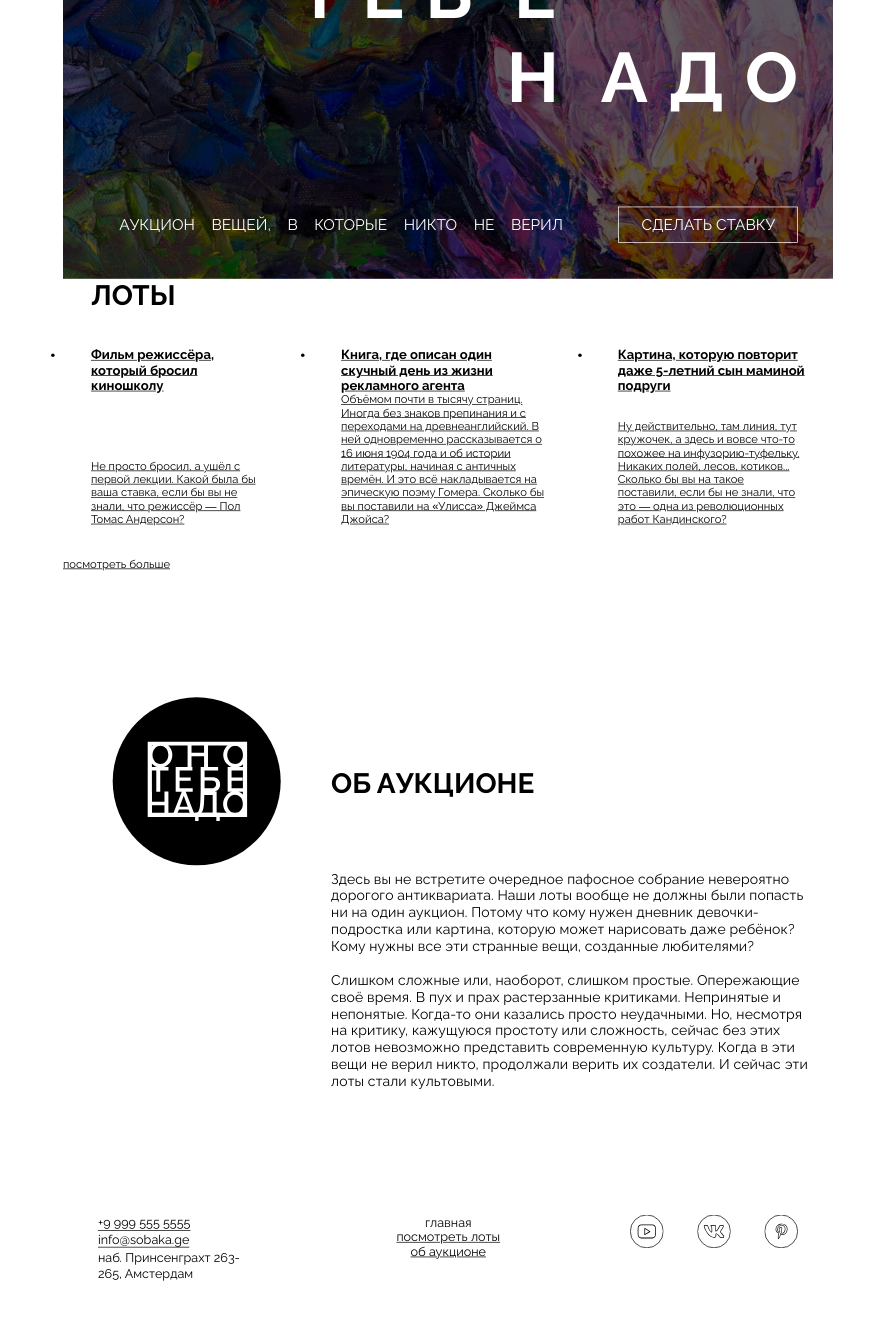
Repository: Smoyki/ono-tebe-nado
Page: index.html
An editor plug-in stored every save of this project. The page is shown before and after the next save, followed by the edit.
The browser window is 1280 px wide. The pictures show the part of the page from y = 653 to 2573 px (the page is 2573 px tall before and 2156 px after), at 70% of full size.

Above is the page before, as saved 2024-04-21 12:56:21.

### index.html
<!DOCTYPE html>
<html lang="ru">
  <head>
    <meta charset="UTF-8" />
    <meta http-equiv="X-UA-Compatible" content="IE=edge" />
    <meta name="viewport" content="width=device-width, initial-scale=1.0" />
    <title>Оно тебе надо — аукцион вещей, в которые никто не верил!</title>
    <link rel="stylesheet" href="./fonts/fonts.css" />
    <link rel="stylesheet" href="./styles/global.css" />
    <link rel="stylesheet" href="./styles/style.css" />
  </head>

  <body>
    <div class="wrapper">
      <header class="header">
        <nav class="header__menu">
          <ul class="header__links-list">
            <li class="header__links-list-item_no-bullit">
              <a class="header__link link-active" href="#">главная</a>
            </li>
            <li class="header__links-list-item">
              <a class="header__link" href="#"
                >посмотреть лоты</a
              >
            </li>
            <li class="header__links-list-item">
              <a class="header__link" href="#"
                >об аукционе</a
              >
            </li>
          </ul>
        </nav>
        <a class="header__logo"
          ><img
            alt="Логотип"
            class="header__logo-image"
            src="./images/logo-black.svg"
        /></a>
        <address class="address header__address">
          <a class="address__item " href="tel:+99995555555">+9 999 555 5555</a>
          <a class="address__item " href="mailto:info@sobaka.ge"
            >info@sobaka.ge</a
          >
          <p class="address-text">
            наб. Принсенграхт 263-<br />265, Амстердам
          </p>
        </address>
      </header>
      <main class="main_sections">
        <section class="cover content-section">
          <div class="overlay"></div>
          <h1 class="cover__title">
            <span class="aligned-text"
              >о<span class="letter-spacing-extended">но</span></span
            >
            <span class="aligned-text aligned-text_center"
              >те<span class="letter-spacing-extended">бе</span></span
            >
            <span class="aligned-text aligned-text_right"
              ><span class="letter-spacing-extended">н</span>ад<span
                class="remove-spacing"
                >о</span
              ></span
            >
          </h1>
          <div class="cover__description">
            <p class="cover__description-text">
              Аукцион вещей, в которые никто не верил
            </p>
            <button class="bet-button">Сделать ставку</button>
          </div>
        </section>
        <section class="lots">
          <h2 class="lots_heading"> Лоты</h2>
          <ul class="lots__card-list">
            <li class="lots__card-list-item card_type_film">
              <a href="#" class="card-link">
                <article class="card-info">
                  <h3 class="card__title">Фильм режиссёра, который бросил киношколу</h3>
                  <p class="card__text">Не просто бросил, а ушёл с первой лекции. Какой была бы ваша ставка, если бы вы не знали, что режиссёр — Пол Томас Андерсон?</p>
                </article>
              </a>
            </li>
            <li class="lots__card-list-item card_type_book">
              <a href="#" class="card-link">
                <article class="card-info">
                  <h3 class="card__title">Книга, где описан один скучный день из жизни рекламного агента</h3>
                  <p class="card__text">Объёмом почти в тысячу страниц. Иногда без знаков препинания и с переходами на древнеанглийский. В ней одновременно рассказывается о 16 июня 1904 года и об истории литературы, начиная с античных времён. И это всё накладывается на эпическую поэму Гомера. Сколько бы вы поставили на «Улисса» Джеймса Джойса?</p>
                </article>
              </a>
            </li>
            <li class="lots__card-list-item card_type_picture">
              <a href="#" class="card-link">
                <article class="card-info">
                  <h3 class="card__title">Картина, которую повторит даже 5-летний сын маминой подруги</h3>
                  <p class="card__text">Ну действительно, там линия, тут кружочек, а здесь и вовсе что-то похожее на инфузорию-туфельку. Никаких полей, лесов, котиков... Сколько бы вы на такое поставили, если бы не знали, что это — одна из революционных работ Кандинского?</p>
                </article>
              </a>
            </li>
          </ul>
          <a href="#" class="lots__look-more-link">посмотреть больше</a>
        </section>
        <section class="about content-section">
          <div class="logo__container">
            <div class="about__logo">
              <img
                class="about__logo-image"
                src="./images/logo-white.svg"
                alt="Логотип проекта"
              />
            </div>
          </div>
          <div class="second__column__text">
            <div class="about__column_text">
              <h2 class="about__title">Об аукционе</h2>
              <div class="about__text">
                <p>
                  Здесь вы не встретите очередное пафосное собрание невероятно
                  дорогого антиквариата. Наши лоты вообще не должны были попасть
                  ни на один аукцион. Потому что кому нужен дневник
                  девочки-подростка или картина, которую может нарисовать даже
                  ребёнок? Кому нужны все эти странные вещи, созданные
                  любителями?
                </p>
                <p>
                  Слишком сложные или, наоборот, слишком простые. Опережающие
                  своё время. В пух и прах растерзанные критиками. Непринятые и
                  непонятые. Когда-то они казались просто неудачными. Но,
                  несмотря на критику, кажущуюся простоту или сложность, сейчас
                  без этих лотов невозможно представить современную культуру.
                  Когда в эти вещи не верил никто, продолжали верить их
                  создатели. И сейчас эти лоты стали культовыми.
                </p>
              </div>
            </div>
          </div>
        </section>
      </main>
      <footer class="footer">
        <address class="address">
          <a class="address__item" href="tel:+99995555555">+9 999 555 5555</a>
          <a class="address__item" href="mailto:info@sobaka.ge"
            >info@sobaka.ge</a
          >
          <p class="foother_address__address-text">
            наб. Принсенграхт 263-<br />265, Амстердам
          </p>
        </address>
        <nav class="footer__menu">
          <ul class="footer__menu-list">
            <li class="footer__menu-list-item">
              <a class="footer__menu-link link-active" href="#">главная</a>
            </li>
            <li class="footer__menu-list-item">
              <a class="footer__menu-link " href="#">посмотреть лоты</a>
            </li>
            <li class="footer__menu-list-item">
              <a class="footer__menu-link " href="#">об аукционе</a>
            </li>
          </ul>
        </nav>
        <ul class="footer__social-list">
          <li class="footer__social-list-item">
            <a class="footer__social-link" href="#"
              ><img
                class="footer__social-icon"
                src="./images/yt.svg"
                alt="Иконка"
            /></a>
          </li>
          <li class="footer__social-list-item">
            <a class="footer__social-link" href="#"
              ><img
                class="footer__social-icon"
                src="./images/vk.svg"
                alt="Иконка"
            /></a>
          </li>
          <li class="footer__social-list-item">
            <a class="footer__social-link" href="#"
              ><img
                class="footer__social-icon"
                src="./images/pinterest.svg"
                alt="Иконка"
            /></a>
          </li>
        </ul>
      </footer>
    </div>
  </body>
</html>

### styles/style.css
.main_sections {
  flex-direction: column;
  display: grid;
  grid-template-rows: repeat(3, auto);
}

.content-section {
  margin: auto 0;
  width: 100%;
}

.header {
  max-width: 1052px;
  margin: auto;
  padding: 92px 24px 92px 19px;
  display: grid;
  grid-template-columns: 2fr 1fr 2fr;
  justify-content: space-around;
  justify-items: center;
  align-items: center;
}

.header__links-list {
  display: flex;
  flex-direction: row;
  gap: 34px;
  list-style: none;
  font-size: 18px;
  line-height: 21px;
  flex-wrap:wrap;
}

.header__menu {
  max-width: 392px;
}

.header__links-list-item {
  list-style: circle;
  text-decoration: underline;
}

.header__links-list-item_no-bullit {
  list-style: none;
}

.header__link {
  font-size: 18px;
  text-decoration:underline;
}

.header__link_active {
  text-decoration:none;
}

.header__logo {
  display:block;
  justify-self: center;
  align-self: center;
  width: fit-content;
  height: fit-content;
}

.header__logo-image {
  width: 148px;
  height: 105px;
  margin: auto;
}

.address {
  max-width: 241px;
  display: flex;
  flex-direction: column;
  font-size: 18px;
  font-style: normal;
  justify-self: end;
  line-height: 24.3px;
  padding: 0px 38px 0px 0px;
  font-family: "Raleway", sans-serif;
}


.address__item {
  display: flex;
  text-underline-position: under;
}

.cover {
  position: relative;
  background-image: url(../images/cover.jpg);
  background-position:center;
  background-repeat: no-repeat;
  background-size: cover;
  padding: 165px 50px 51px 50px;
}

.overlay {
  position: absolute;
  top: 0;
  left: 0;
  z-index: 1;
  width: 100%;
  height: 100%;
  background: rgba(0, 0, 0, 0.6);
}

.cover__title {
  position: relative;
  z-index: 3;
  line-height: 1.15;
  letter-spacing: 30px;
  text-transform: uppercase;
  display: flex;
  flex-direction: column;
  gap: 20px;
  color: #FFF;
  font-weight: bold;
  font-size: 100px;

}

.aligned-text {
  display: block;
}

.aligned-text_center {
  line-height: 1;
  text-align: center;
}

.aligned-text_right {
  line-height: 1;
  text-align: right;
}

.letter-spacing-extended {
  letter-spacing: 60px;
}

.remove-spacing {
  letter-spacing: normal;
}

.cover__description {
  position: relative;
  z-index: 1;
  display: flex;
  justify-content: flex-end;
  align-items: center;
  gap: 79px;
  padding: 135px 0px 0px 0px;
}

.cover__description-text {
  color: #FFF;
  font-size: 22px;
  line-height: 1.27;
  text-transform: uppercase;
  word-spacing: 18px;
}

.bet-button {
  border: 1px #FFF solid;
  padding: 12px 32px;
  color: #FFF;
  font-family: 'Raleway', sans-serif;
  font-weight: normal;
  font-size: 22px;
  line-height: 26px;
  text-transform: uppercase;
  background-color: transparent;
  cursor: pointer;
}

.bet-button:hover {
  color: #000000;
  background-color: #FFF;
}

.lots_conteiner {
  display: grid;
  grid-template-rows: repeat(3, auto);
  gap: 27px;
  padding: 177px 24px 0px 24px;
}

.lots_heading {
  font-size: 40px;
  line-height: 47px;
  margin-left: 40px;
  text-transform: uppercase;
}

.lots__card-list {
  display: grid;
  grid-template-columns: repeat(3, auto);
  gap: 25px;
}

.link-lots-card {
  display: block;
  position: relative;
  min-width: 334px;
  min-height: 563px;
}

.link-lots-card::before {
  content: "";
  position: absolute;
  top: 0;
  left: 0;
  z-index: 1;
  background-color: rgb(0, 0, 0, 0.6);
  inset: 0;
}

/*---настройка картиночек для лотов---*/

.first-img{
  background-image: url(../images/card-lot-01.jpg);
}

.second-img{
  background-image: url(../images/card-lot-02.jpg);
}

.third-img {
  background-image: url(../images/card-lot-03.jpg);
}

.first-img,
.second-img,
.third-img,
.cover {
  background-size: cover;
  background-position: top;
}

.lots-more-link {
  width: fit-content;
  line-height: 24px;
  margin-left: 40px;
  font-size: 20px;
  text-decoration: none;
  padding: 7px 0px 0px 0px;
  text-decoration: underline;
}

.link-lots-style {
  text-decoration: none;
}

/*---Оформление текста для лотов---*/

.card-info {
  display: flex;
  flex-direction: column;
  justify-content: space-between;
  height: 100%;
  padding: 50px 40px 45px 40px;
}

.article-titel {
  font-size: 22px;
  line-height: 120%;
  font-style: normal;
  text-decoration: underline;
}

.article-text {
  font-weight: 100;
  max-height: 360px;
  font-size: 20px;
  line-height: 120%;
}

.article-text,
.article-titel {
  position: relative;
  z-index: 3;
  color: white;
}

.lots_title,
.article-titel {
  text-transform: uppercase;
}


/* Тут начало секции about */
.about {
  display:  grid;
  grid-template-columns: 287px auto;
  padding:146px 0px 0px 24px;
  max-width: 1052px;
  column-gap:72px;
}

.about__column_text {
  padding-top:135px;
  display: flex;
  height: fit-content;
  font-family: "Raleway", sans-serif;
  font-style: normal;
  font-weight: 400;
  flex-direction: column;
  gap:100px;
  min-width: 693px;
}

.about__logo {
  display: flex;
  justify-content: center;
  align-items: center;
  border-radius: 50%;
  background-color: #000000;
  width: 240px;
  height: 240px;
}

.logo__container {
  display: block;
  padding:35px 0px 0px 47px;
  width:fit-content;
  height:fit-content;
}

.about__logo-image {
  width: 148px;
  height: 114px;
}

.about__title {
  /* padding: 3px 0px 100px 0px; */
  font-weight: bold;
  font-size: 40px;
  line-height: 46.96px;
  text-transform: uppercase;
}

.about__text {
  display: flex;
  flex-direction:column;
  gap: 25px;
  font-size: 20px;
  line-height: 24px;
  letter-spacing: 0.01em;
}

.footer {
  display: flex;
  justify-content: space-between;
  padding: 179px 50px 88px 50px;
  gap:25px;
}

.footer__social-icon {
  width: 48px;
  height: 48px;
}

.footer__menu-list {
  display: flex;
  flex-direction: column;
  align-items: center;
  font-size: 18px;
  line-height: 21.13px;
  height: fit-content;
}

.foother__links-list {
  display:flex;
  flex-direction:column;
}

.footer__social-list-item {
  list-style: none;
}

.footer__menu-list-item {
  list-style: none;
}

.link-active {
  text-decoration:none;
}

.footer__social-list {
  display:flex;
  gap: 48px;
  list-style: none;
}

Loaded but not shown: fonts/fonts.css (common file); styles/global.css (common file)

After the next save:
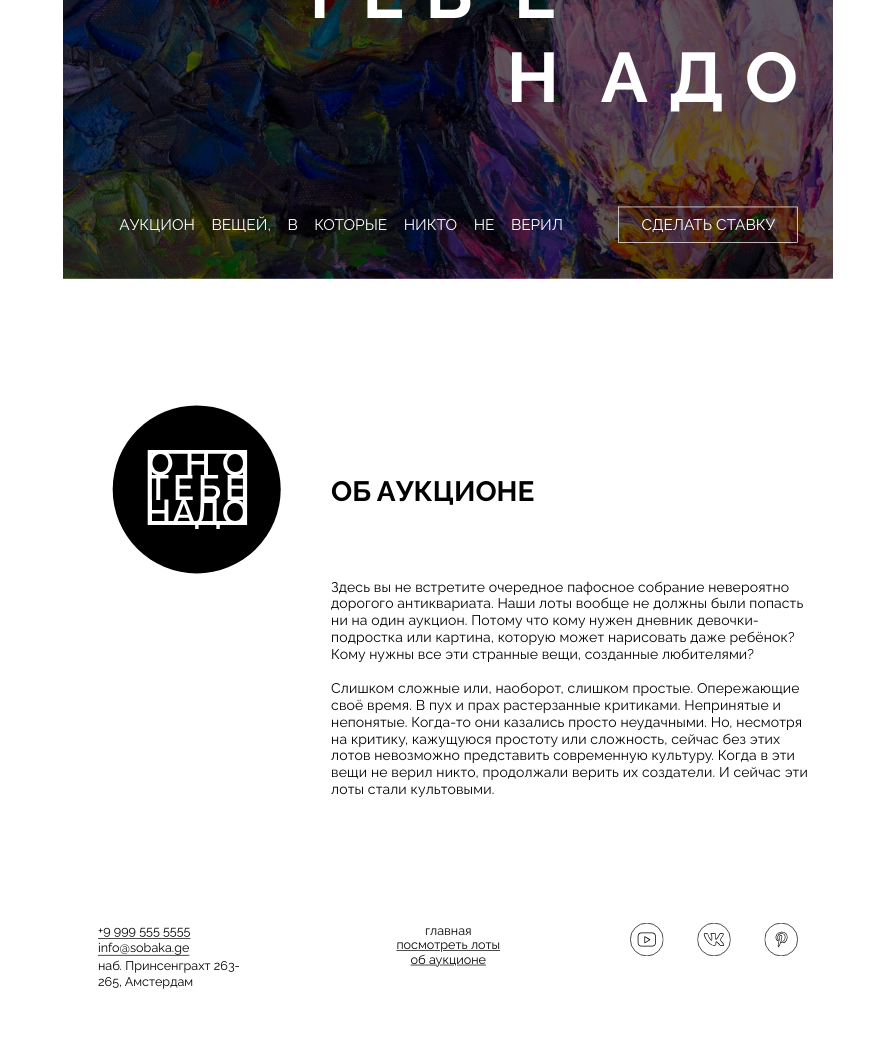
Saved 68 s later.
--- a/index.html
+++ b/index.html
@@ -70,36 +70,7 @@
             <button class="bet-button">Сделать ставку</button>
           </div>
         </section>
-        <section class="lots">
-          <h2 class="lots_heading"> Лоты</h2>
-          <ul class="lots__card-list">
-            <li class="lots__card-list-item card_type_film">
-              <a href="#" class="card-link">
-                <article class="card-info">
-                  <h3 class="card__title">Фильм режиссёра, который бросил киношколу</h3>
-                  <p class="card__text">Не просто бросил, а ушёл с первой лекции. Какой была бы ваша ставка, если бы вы не знали, что режиссёр — Пол Томас Андерсон?</p>
-                </article>
-              </a>
-            </li>
-            <li class="lots__card-list-item card_type_book">
-              <a href="#" class="card-link">
-                <article class="card-info">
-                  <h3 class="card__title">Книга, где описан один скучный день из жизни рекламного агента</h3>
-                  <p class="card__text">Объёмом почти в тысячу страниц. Иногда без знаков препинания и с переходами на древнеанглийский. В ней одновременно рассказывается о 16 июня 1904 года и об истории литературы, начиная с античных времён. И это всё накладывается на эпическую поэму Гомера. Сколько бы вы поставили на «Улисса» Джеймса Джойса?</p>
-                </article>
-              </a>
-            </li>
-            <li class="lots__card-list-item card_type_picture">
-              <a href="#" class="card-link">
-                <article class="card-info">
-                  <h3 class="card__title">Картина, которую повторит даже 5-летний сын маминой подруги</h3>
-                  <p class="card__text">Ну действительно, там линия, тут кружочек, а здесь и вовсе что-то похожее на инфузорию-туфельку. Никаких полей, лесов, котиков... Сколько бы вы на такое поставили, если бы не знали, что это — одна из революционных работ Кандинского?</p>
-                </article>
-              </a>
-            </li>
-          </ul>
-          <a href="#" class="lots__look-more-link">посмотреть больше</a>
-        </section>
+
         <section class="about content-section">
           <div class="logo__container">
             <div class="about__logo">
